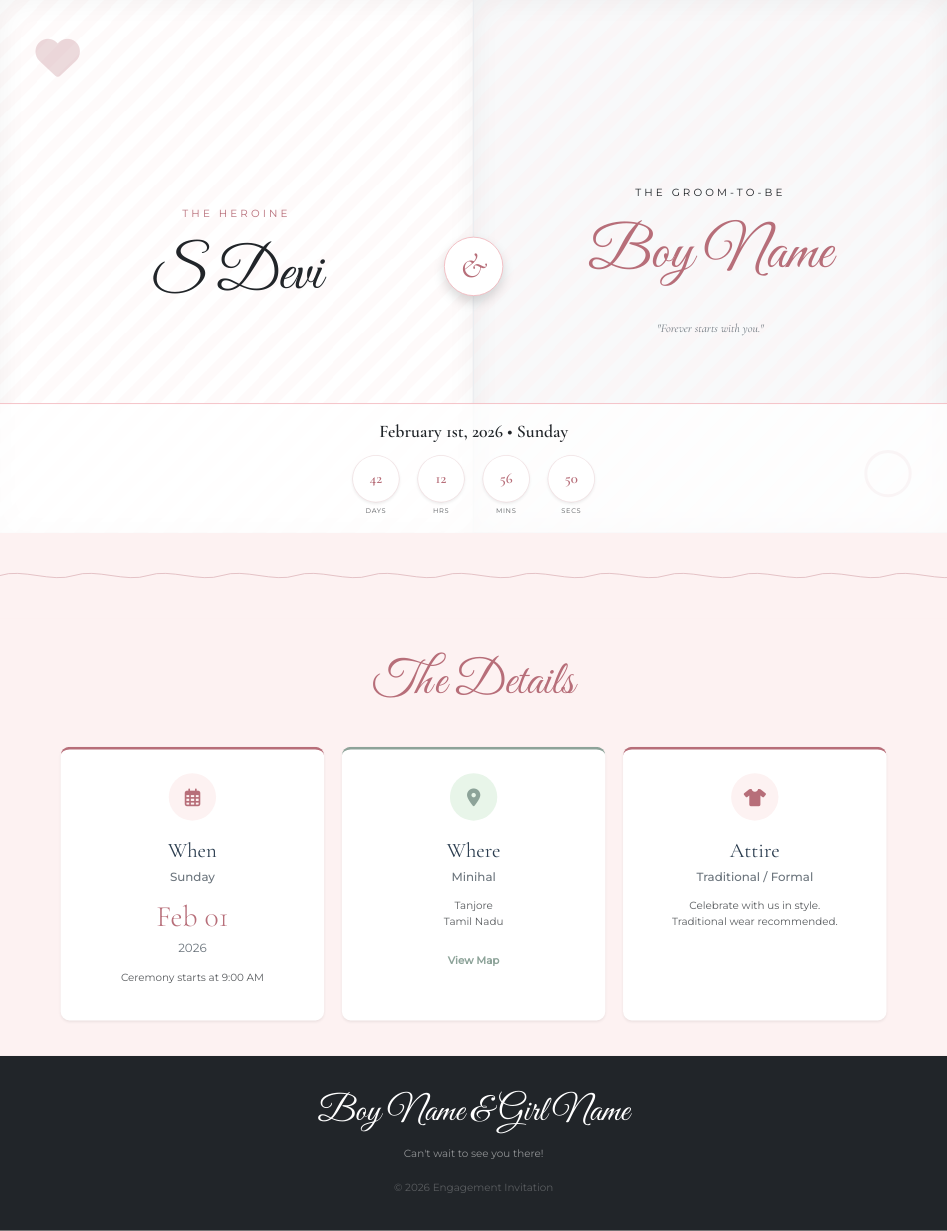
Repository: Eswar2585/Invitation
Page: index.html
The author's editor kept a copy of each file at every save. The page is drawn from the files as they stood at one save, then again after a run of saves.
The browser window is 1280 px wide. The pictures show the whole page, at 74% of full size.

Above is the page before, as saved 2025-12-20 20:07:19.

After the next 2 saves:
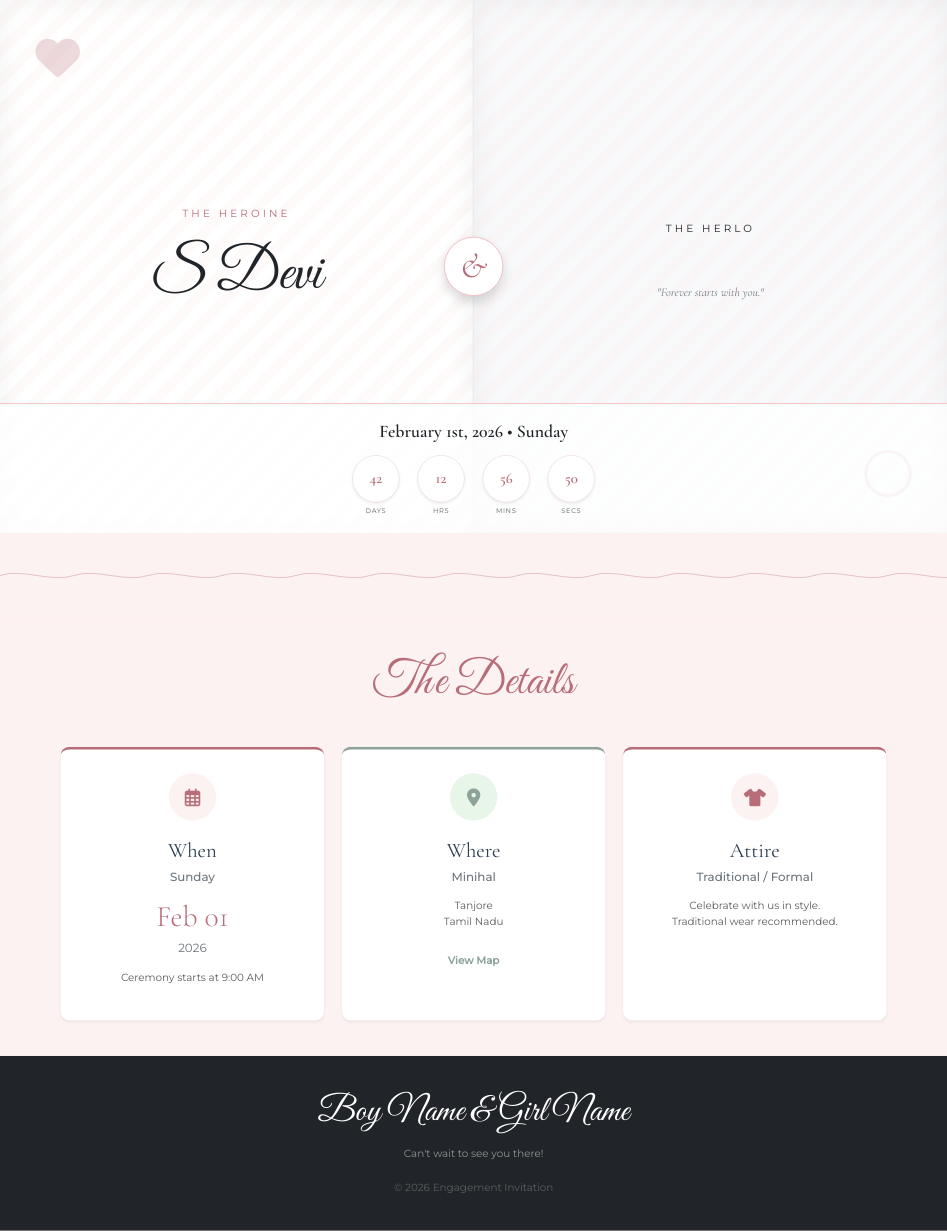
The 2 saves are shown as one change because they came seconds apart.
The last was saved 11 s later.
--- a/index.html
+++ b/index.html
@@ -81,8 +81,8 @@
                     <div class="position-absolute bottom-0 end-0 p-3 p-md-5 opacity-25">
                        <div class="ring-container border border-4 border-danger rounded-circle" style="border-color: #B76E79 !important;"></div>
                     </div>
-                    <p class="title-text font-sans text-dark text-uppercase small mb-2 mb-md-4" style="letter-spacing: 0.3em;">The Groom-to-be</p>
-                    <h1 class="name-text font-script text-rose-gold mb-2 mb-md-4" style="z-index: 10; position: relative;">Boy Name</h1>
+                    <p class="title-text font-sans text-dark text-uppercase small mb-2 mb-md-4" style="letter-spacing: 0.3em;">The Herlo</p>
+                    <h1 class="name-text font-script text-rose-gold mb-2 mb-md-4" style="z-index: 10; position: relative;"></h1>
                     <p class="quote-text font-serif fst-italic text-secondary mt-2 mt-md-3">"Forever starts with you."</p>
                 </div>
 
